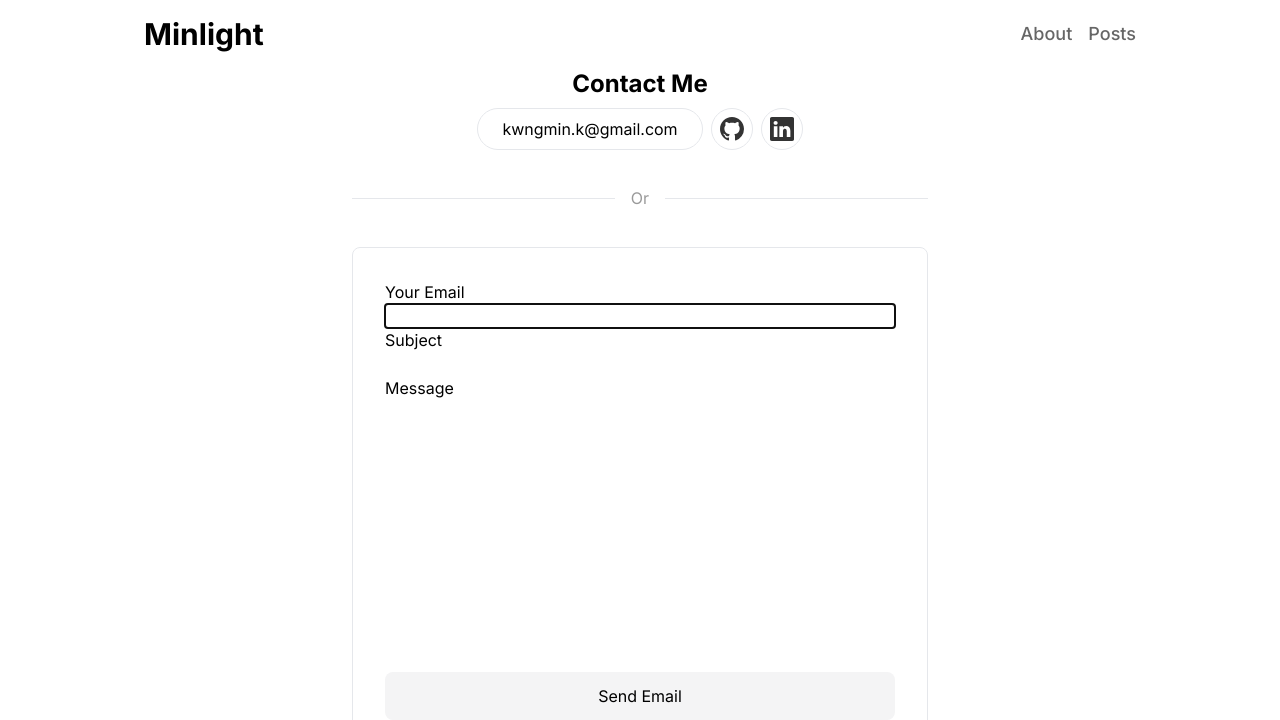
Repository: kwngmin/minlight-blog
Page: /contact
These files come from the project's save history. The page is drawn as it stood at one moment and after the next save; the edit follows.
The browser window is 1280 px wide. The pictures show the whole page.
An inner scrolling area shows only its first screen. The project was rebuilt for these pictures with package versions that can differ from the ones it lists, and the page was loaded fresh each time. The framework's server and built-in components were replaced by stand-ins that run in the browser. Also part of the build but not shown: next.config.js, src/components/banner.tsx.

Above is the page before, as saved 2023-04-03 17:15:54.

### src/app/layout.tsx
import Footer from "@/components/Footer";
import "./globals.css";
import { Inter } from "next/font/google";
import Header from "@/components/Header";

const inter = Inter({ subsets: ["latin"] });

export const metadata = {
  title: "Create Next App",
  description: "Generated by create next app",
};

export default function RootLayout({
  children,
}: {
  children: React.ReactNode;
}) {
  return (
    <html lang="en" className={inter.className}>
      <body className="flex flex-col">
        <Header />
        <main className="max-w-screen-lg mx-auto w-full grow px-4">
          {children}
        </main>
        <Footer />
      </body>
    </html>
  );
}

### src/app/contact/page.tsx
import ContactForm from "@/components/ContactForm";
import { BsLinkedin, BsGithub } from "react-icons/bs";
export default function ContactPage() {
  const LINKS = [
    { icon: <BsGithub />, url: "https://github.com/kwngmin" },
    {
      icon: <BsLinkedin />,
      url: "https://www.linkedin.com/in/%EA%B4%91%EB%AF%BC-%EA%B9%80-52b83a25a/",
    },
  ];
  return (
    <section className="flex flex-col items-center gap-2 max-w-xl mx-auto">
      <h2 className="text-2xl font-bold">Contact Me</h2>
      <ul className="flex justify-center items-center gap-2">
        <a
          href="mailto:kwngmin.k@gmail.com"
          className="px-6 rounded-full hover:bg-black hover:text-white py-2 border"
        >
          kwngmin.k@gmail.com
        </a>
        {LINKS.map(({ url, icon }, index) => (
          <a
            href={url}
            key={index}
            target="_blank"
            rel="noreferrer"
            className="text-2xl text-black/80 hover:bg-black hover:text-white rounded-full p-2 border"
          >
            {icon}
          </a>
        ))}
      </ul>
      <div className="w-full relative flex justify-center">
        <div className="w-full my-10 border-b"></div>
        <span className="absolute top-7 bg-white px-4 text-black/40">Or</span>
      </div>
      <ContactForm />
    </section>
  );
}

### src/components/Footer.tsx
export default function Footer() {
  return (
    <section className="text-center py-16 text-black/30 border-t mt-12">
      © 2023 Minlight
    </section>
  );
}

### src/app/globals.css
@tailwind base;
@tailwind components;
@tailwind utilities;

* {
  box-sizing: border-box;
  padding: 0;
  margin: 0;
}

html,
body {
  height: 100vh;
  overflow-y: auto;
}

/*
:root {
  --max-width: 1100px;
  --border-radius: 12px;
  --font-mono: ui-monospace, Menlo, Monaco, "Cascadia Mono", "Segoe UI Mono",
    "Roboto Mono", "Oxygen Mono", "Ubuntu Monospace", "Source Code Pro",
    "Fira Mono", "Droid Sans Mono", "Courier New", monospace;

  --foreground-rgb: 0, 0, 0;
  --background-start-rgb: 214, 219, 220;
  --background-end-rgb: 255, 255, 255;

  --primary-glow: conic-gradient(
    from 180deg at 50% 50%,
    #16abff33 0deg,
    #0885ff33 55deg,
    #54d6ff33 120deg,
    #0071ff33 160deg,
    transparent 360deg
  );
  --secondary-glow: radial-gradient(
    rgba(255, 255, 255, 1),
    rgba(255, 255, 255, 0)
  );

  --tile-start-rgb: 239, 245, 249;
  --tile-end-rgb: 228, 232, 233;
  --tile-border: conic-gradient(
    #00000080,
    #00000040,
    #00000030,
    #00000020,
    #00000010,
    #00000010,
    #00000080
  );

  --callout-rgb: 238, 240, 241;
  --callout-border-rgb: 172, 175, 176;
  --card-rgb: 180, 185, 188;
  --card-border-rgb: 131, 134, 135;
}

@media (prefers-color-scheme: dark) {
  :root {
    --foreground-rgb: 255, 255, 255;
    --background-start-rgb: 0, 0, 0;
    --background-end-rgb: 0, 0, 0;

    --primary-glow: radial-gradient(rgba(1, 65, 255, 0.4), rgba(1, 65, 255, 0));
    --secondary-glow: linear-gradient(
      to bottom right,
      rgba(1, 65, 255, 0),
      rgba(1, 65, 255, 0),
      rgba(1, 65, 255, 0.3)
    );

    --tile-start-rgb: 2, 13, 46;
    --tile-end-rgb: 2, 5, 19;
    --tile-border: conic-gradient(
      #ffffff80,
      #ffffff40,
      #ffffff30,
      #ffffff20,
      #ffffff10,
      #ffffff10,
      #ffffff80
    );

    --callout-rgb: 20, 20, 20;
    --callout-border-rgb: 108, 108, 108;
    --card-rgb: 100, 100, 100;
    --card-border-rgb: 200, 200, 200;
  }
}

* {
  box-sizing: border-box;
  padding: 0;
  margin: 0;
}

html,
body {
  max-width: 100vw;
  overflow-x: hidden;
}

body {
  color: rgb(var(--foreground-rgb));
  background: linear-gradient(
      to bottom,
      transparent,
      rgb(var(--background-end-rgb))
    )
    rgb(var(--background-start-rgb));
}

a {
  color: inherit;
  text-decoration: none;
}

@media (prefers-color-scheme: dark) {
  html {
    color-scheme: dark;
  }
} */

### src/components/Header.tsx
import Link from "next/link";

const navData = [
  { name: "About", path: "/about" },
  { name: "Posts", path: "/posts" },
];

export default function Header() {
  return (
    <div className="w-full flex justify-between items-center p-4 mx-auto max-w-screen-lg">
      <Link href="/">
        <h1 className="text-3xl font-bold">Minlight</h1>
      </Link>
      <nav className="flex gap-4 px-4 lg:px-0">
        {navData.map(({ name, path }) => (
          <Link
            href={path}
            key={path}
            className="text-black/60 hover:text-black text-lg font-medium hover:underline decoration-slate-400 hover:decoration-4 underline-offset-8"
          >
            {name}
          </Link>
        ))}
      </nav>
    </div>
  );
}

### src/components/ContactForm.tsx
"use client";
import { ChangeEvent, FormEvent, useState } from "react";
import Banner, { BannerData } from "./banner";
import TextareaAutosize from "react-textarea-autosize";

type Form = {
  from: string;
  subject: string;
  message: string;
};
export default function ContactForm() {
  const [form, setForm] = useState<Form>({
    from: "",
    subject: "",
    message: "",
  });
  const [banner, setBanner] = useState<BannerData | null>(null);
  const onChange = (e: ChangeEvent<HTMLInputElement | HTMLTextAreaElement>) => {
    const { name, value } = e.target;
    setForm((prev) => ({ ...prev, [name]: value }));
  };
  const onSubmit = (e: FormEvent<HTMLFormElement>) => {
    e.preventDefault();
    console.log(e.target);
    setBanner({ message: "성공했어", state: "success" });
    // setTimeout(() => {
    //   setBanner(null);
    // }, 5000);
    // setForm({
    //   from: "",
    //   subject: "",
    //   message: "",
    // });
  };
  return (
    <>
      {banner && <Banner banner={banner} />}
      <form
        onSubmit={onSubmit}
        className="flex flex-col border p-8 w-full rounded-lg"
      >
        <label htmlFor="from">Your Email</label>
        <input
          type="email"
          id="from"
          required
          autoFocus
          name="from"
          value={form.from}
          onChange={onChange}
        />
        <label htmlFor="subject">Subject</label>
        <input
          type="string"
          id="subject"
          required
          name="subject"
          value={form.subject}
          onChange={onChange}
        />
        <label htmlFor="message">Message</label>
        <TextareaAutosize
          minRows={10}
          id="message"
          required
          name="message"
          value={form.message}
          onChange={onChange}
          className="mb-4 resize-none p-2"
        />
        <button className="bg-zinc-100 hover:bg-zinc-300 rounded-lg h-12">
          Send Email
        </button>
      </form>
    </>
  );
}

### tailwind.config.js
/** @type {import('tailwindcss').Config} */
module.exports = {
  content: ["./src/**/*.{js,ts,jsx,tsx}"],
  theme: {
    extend: {},
  },
  plugins: [require("@tailwindcss/typography")],
};

After the next save:
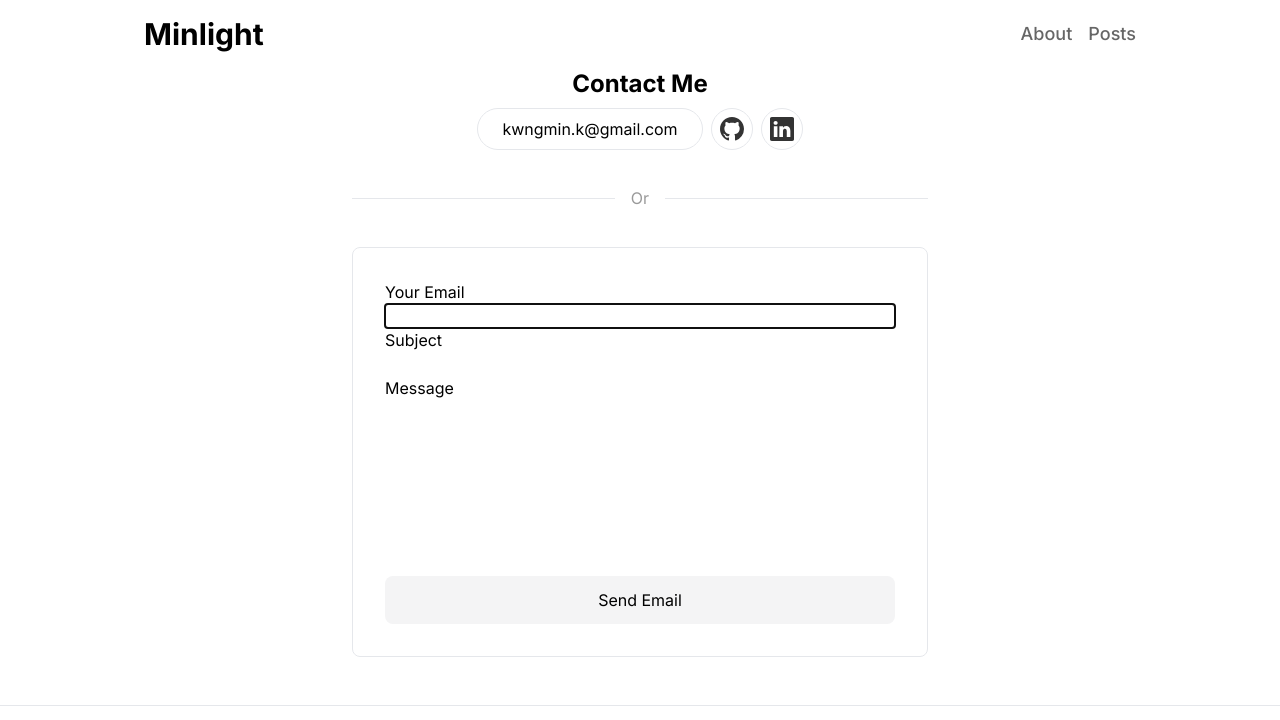
Saved 17 s later.
--- a/src/components/ContactForm.tsx
+++ b/src/components/ContactForm.tsx
@@ -60,7 +60,7 @@ export default function ContactForm() {
         />
         <label htmlFor="message">Message</label>
         <TextareaAutosize
-          minRows={10}
+          minRows={6}
           id="message"
           required
           name="message"
